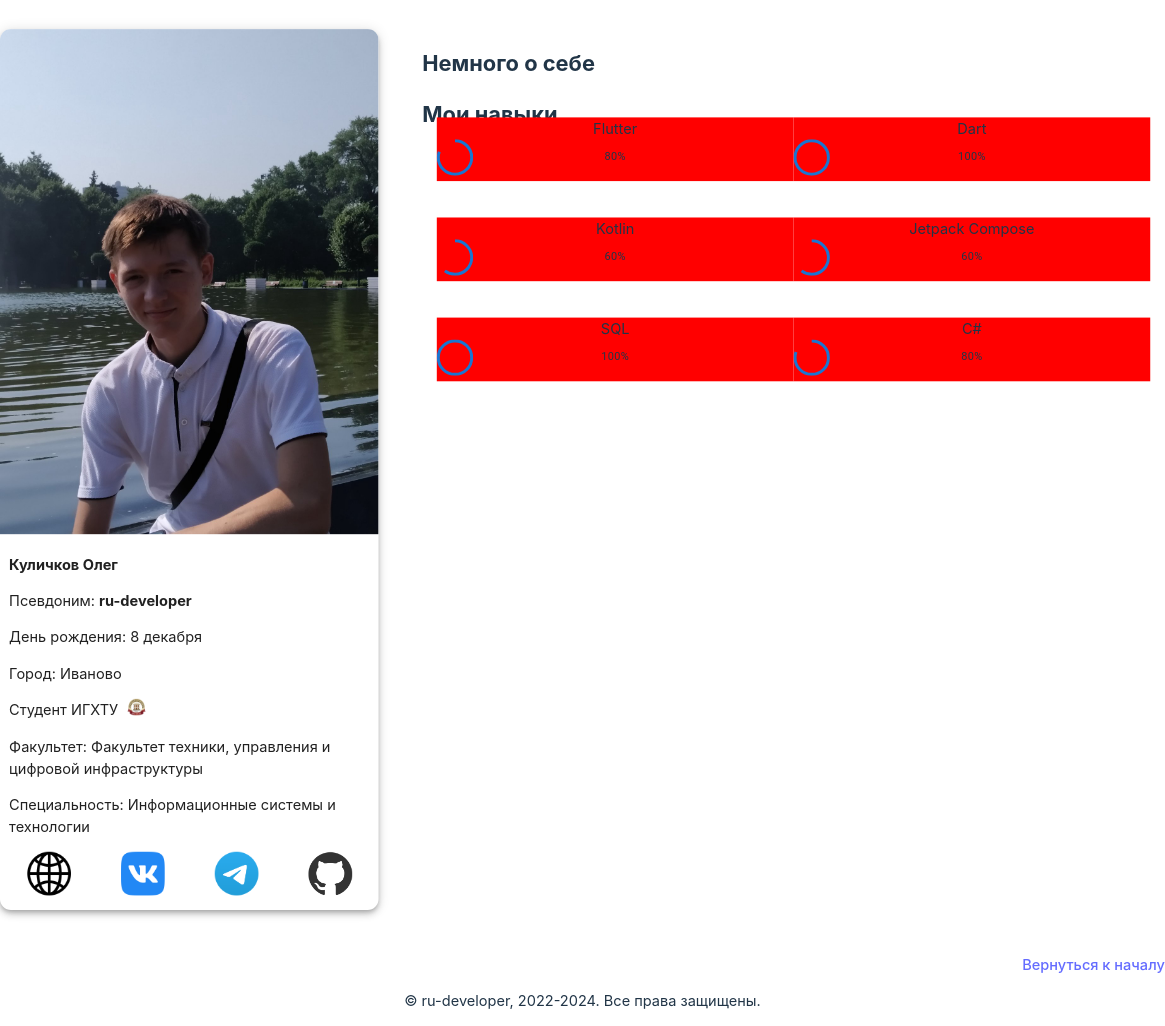
Repository: HubOl01/my_profile
Page: /
The author's editor kept a copy of each file at every save. The page is drawn from the files as they stood at one save, then again after a run of saves.
The browser window is 1280 px wide. The pictures show the whole page, at 91% of full size.
The project was rebuilt for these pictures with package versions that can differ from the ones it lists, and the page was loaded fresh each time. Also part of the build but not shown: vite.config.ts, src/components/header/Header.module.scss, src/data/websites.ts.

Above is the page before, as saved 2024-03-09 10:48:30.

### src/App.tsx
import { Grid } from '@mui/material'
import './App.css'
import Common from './components/center/Common'
import Footer from './components/footer/Footer'
import Header from './components/header/Header'
import LeftBar from './components/left/LeftBar'
import style from './App.module.scss'

function App() {

  return (
    <>
      <Header />
      <Grid container spacing={2}>
        <Grid className={style.profile} item xs={4}>
          <LeftBar />
        </Grid>
        <Grid item xs>
          <Common />
        </Grid>
      </Grid>
      <Footer />
    </>
  )
}

export default App

### src/App.css
#root {
  max-width: 1280px;
  margin: 0 auto;
  /* padding: 2rem; */
  /* text-align: center; */
}
.logo:hover {
  filter: drop-shadow(0 0 2em #646cffaa);
}
.logo.react:hover {
  filter: drop-shadow(0 0 2em #61dafbaa);
}

@keyframes logo-spin {
  from {
    transform: rotate(0deg);
  }
  to {
    transform: rotate(360deg);
  }
}

@media (prefers-reduced-motion: no-preference) {
  a:nth-of-type(2) .logo {
    animation: logo-spin infinite 20s linear;
  }
}

/* .card {
  padding: 2em;
} */

.read-the-docs {
  color: #888;
}


/* .profile{
  min-width: 100%;
} */

### src/components/center/Common.tsx
import React from 'react'
import styles from './styles.module.scss'
import { Box, Grid } from '@mui/material'
import { CircularProgressWithLabel } from '../atoms/circularProgressWithLabel'
import { my_skills } from '../../data/my_skills'

export default function Common() {
  return (
    <div className={styles.center_common}>
      <h2>Немного о себе</h2>
      <p>

      </p>
      <h2>
        Мои навыки
      </h2>
      <Grid container margin={2} rowGap={5}>
        {
          my_skills.map((skill) =>
            <Grid xs={6}>
              <Box sx={{
                width: "100%",
                background: "red",
                display: "inline-block",
                "textAlign": "center",
                transform: "translateY(-50%)",
              }}
              >
                {skill.name}
                <CircularProgressWithLabel value={skill.progress * 100} />


              </Box>
            </Grid>
          )
        }
        {/*
        <Grid xs={6} ><CircularProgressWithLabel value={my_skills[0].progress}/></Grid> */}
        {/* <Grid xs={6} ><CircularProgressWithLabel value={}/><</Grid>
        <Grid xs={6} ><CircularProgressWithLabel value={}/><</Grid>
        <Grid xs={6} ><CircularProgressWithLabel value={}/><</Grid>
        <Grid xs={6} ><CircularProgressWithLabel value={}/><</Grid>
        <Grid xs={6} ><CircularProgressWithLabel value={}/><</Grid> */}
      </Grid>
      {/* <h2>Хобби</h2>
      <p>
        Я люблю изучать что-то новое. Я программирую на языке программирования
        C# и продолжаю осваивать язык в некоторых направлениях. (Например:
        создание мобильных приложений Xamarin и создание игр Unity)
      </p>
      <h2>Спорт</h2>
      <p>
        Я более 10 лет занимаюсь конькобежным спортом. В 16 лет выполнил
        спортивный разряд кандидат в мастера спорта. Кроме этого, с начала 1
        курса я начал заниматься легкой атлетикой. Принимаю участие в
        соревнованиях в составе сборной ИГХТУ.
      </p> */}
    </div>
  )
}

### src/components/footer/Footer.tsx
import React from 'react'

export default function Footer() {
  return (
    // <footer className="text-muted" style={{
    //   "width":"100%"
    // }}>
      <div className="container">
        <p className="float-right" style={{
      "textAlign": "right"
    }}>
          <a href="#">Вернуться к началу</a>
        </p>
        <p className="footer-text"
        style={{
          "textAlign": "center"
        }}
        >© ru-developer, 2022-{(new Date()).getFullYear()}. Все права защищены.</p>
      </div>
    // </footer>
  )
}

### src/components/header/Header.tsx
import './Header.module.scss'

export default function Header() {
  return (
      <div>
        {/* <h1>About myself</h1> */}
      </div>
  )
}

### src/components/left/LeftBar.tsx
import { Card, Grid } from '@mui/material';
import about from '../../assets/images/About.jpg';
import isuct from '../../assets/images/isuct.png';
import { websites } from '../../data/websites';
import { nickname } from '../../data/my_projects';
import style from './style.module.scss';

const list_web = websites.map((web) =>
  <Grid item xs>
    <div className="web">
      <a
        href={web.href}
        title={web.title}
      >
        <img
          className={style.img_icon}
          alt={web.alt}
          src={web.src}
          width={40}
        />
      </a>
    </div>
  </Grid>
)


const LeftBar = () => {
  return (
    <>
      <Card elevation={5}
      className={style.leftCard}
        sx={{
          borderRadius: 3,
        }} >
        <a title="Куличков Олег" href="https://vk.com/oleg01f">
          <img
            alt="about"
            src={about}
            style={{
              // borderRadius: '15px',
              display: 'flex',
              width: "100%",
            }}
            data-holder-rendered="true"
          />
        </a>
        <div style={{ padding: "5px 10px 10px 10px" }}> {/* top, right, bottom, left */}
          <div>
            <p>
              <b>Куличков Олег</b>
            </p>
            <p>
              Псевдоним: <b>{nickname}</b>
            </p>
            <p>
              <span >День рождения:</span> 8 декабря
            </p>
            <p>
              <span className="text-format">Город:</span> Иваново
            </p>
            <p>
              Студент ИГХТУ
              <img
                className="isuct"
                alt="ISUCT"
                src={isuct}
                width={20}
                style={{ "marginLeft": "10px" }}
              // data-holder-rendered="true"
              />
            </p>
            <p>
              <span className="text-format">Факультет:</span> Факультет техники,
              управления и цифровой инфраструктуры
            </p>
            <p>
              <span className="text-format">Специальность:</span> Информационные
              системы и технологии
            </p>
            {/* <p style={{
              "textAlign": "center",
              "justifyContent": "center",
              display: 'flex',
              width: "100%",

          }}>
            <span className="text-format">Социальные сети</span>
          </p> */}

            <Grid container spacing={2}

              sx={{
                'textAlign': "center",
                // display: 'flex',
                // width: "100%",
              }
              }>
              {list_web}
            </Grid>

          </div>
        </div>


      </Card>
    </>
  )
}

export default LeftBar

### src/App.module.scss
@media (max-width: 425px) {
    .profile{
      min-width: 100%;
    }
  }
  @media screen and (min-width: 426px) {
    .profile{
      min-width: 300px;
    }
  }

### src/components/center/styles.module.scss
.center_common{
    padding: 2rem;
}

### src/components/atoms/circularProgressWithLabel.tsx
import * as React from 'react';
import CircularProgress, {
  CircularProgressProps,
} from '@mui/material/CircularProgress';
import Typography from '@mui/material/Typography';
import Box from '@mui/material/Box';

export function CircularProgressWithLabel(
  props: CircularProgressProps & { value: number },
) {
  return (
    <Box sx={{ position: 'relative', display: 'inline-flex', width: '100%' }}>
      <CircularProgress variant="determinate" {...props} />
      <Box
        sx={{
          top: 0,
          left: 0,
          bottom: 0,
          right: 0,
          position: 'absolute',
          display: 'flex',
          alignItems: 'center',
          justifyContent: 'center',
        }}
      >
        <Typography
          variant="caption"
          component="div"
          // color="text.secondary"
        >{`${Math.round(props.value)}%`}</Typography>
      </Box>
    </Box>
  );
}

export default function CircularWithValueLabel() {
  const [progress, setProgress] = React.useState(10);

  React.useEffect(() => {
    const timer = setInterval(() => {
      setProgress((prevProgress) => (prevProgress >= 100 ? 0 : prevProgress + 10));
    }, 800);
    return () => {
      clearInterval(timer);
    };
  }, []);

  return <CircularProgressWithLabel value={progress} />;
}

### src/data/my_skills.ts
import { FullStack } from "./my_projects";

interface ISkill{
    name: string;
    progress: number;
}

export const my_skills: ISkill[] = [
    {
        name: FullStack.Flutter,
        progress: .80
    },
    {
        name: FullStack.Dart,
        progress: 1
    },
    {
        name: FullStack.Kotlin,
        progress: .6
    },
    {
        name: FullStack.Jetpack_Compose,
        progress: .6
    },
    {
        name: FullStack.SQL,
        progress: 1
    },
    {
        name: FullStack.C_sharp,
        progress: .8
    }
]

### src/data/my_projects.ts
export interface IProjects {
  title: string;
  description: string[];
  url_icon: string;
  url_images: string[];
  url_stores: string[];
  url_sources: string[];
  creator: string;
  fullStack: string[];
  platforms: string[];
  color: string;
}
export const nickname = "ru-developer";
export enum Platforms {
  Android = "Android",
  IOS = "IOS",
  Windows = "Windows",
  Linux = "Linux",
  Web = "Web",
}
// enum Colors {
//   Red = "",
//   White = "",
//   Black = "",
//   Green = "",
// }
export enum FullStack {
  Flutter = "Flutter",
  Dart = "Dart",
  Kotlin = "Kotlin",
  Jetpack_Compose = "Jetpack Compose",
  Winforms = "Winforms",
  C_sharp = "C#",
  React = "React",
  Typescript = "Typescript",
  Retrofit = "Retrofit",
  PHP = "PHP",
  SQLite = "SQLite",
  SQL = "SQL",
  MySQL = "MySQL",
  PostgreSQL = "PostgreSQL",
  Git = "Git",
  HTML = "HTML",
  CSS = "CSS",
  SCSS = "SCSS",
  Vite = "Vite",
}

export const projects: IProjects[] = [
  {
    title: "My Songbook",
    description: [
      "My Songbook – это творческая мастерская в вашем кармане. Независимо от того, являетесь ли вы гитаристом, певцом, композитором или просто энтузиастом музыки, это приложение поможет вам воплотить ваши музыкальные идеи в жизнь.",
      "\n",
      "Основные возможности:",
      "\n",
      "- Записывайте и редактируйте песни: Создавайте музыку в любое время, в любом месте. Записывайте мелодии, добавляйте тексты и настраивайте аранжировки – все это в вашем распоряжении.",
      "- Справочник аккордов для гитары: Независимо от вашего уровня мастерства, наше приложение предлагает обширный справочник аккордов для гитары. Найдите нужный аккорд и создайте свой собственный уникальный звук.",
      "- Автоскролл и легкая навигация: Никогда больше не теряйтесь в тексте. Функция автоскролла позволяет вам сконцентрироваться на музыке, а не на прокрутке текста.",
      "- Делитесь своей музыкой: Поделитесь своими произведениями с миром через социальные сети непосредственно из приложения. Позвольте всем услышать вашу творческую энергию.",
      "- Аудиофайлы с песнями: Сохраняйте свои композиции в виде аудиофайлов. Прослушивайте их в любое время или отправляйте друзьям и коллегам.",
      "\n",
      "Почему выбрать My Songbook?",
      "\n",
      "- Простота и удобство: Даже если вы начинающий музыкант, вы сможете создавать профессиональные композиции с легкостью.",
      "- Безопасное хранение ваших произведений: Ваши записи остаются конфиденциальными. Спокойно работайте над своими идеями, зная, что они в безопасности.",
      "\n",
      "Неважно, вы начинающий музыкант или профессионал, My Songbook поможет вам создать и поделиться музыкой, которая касается сердец. Начните свое музыкальное путешествие сегодня!",
    ],
    url_icon: "",
    url_images: [],
    url_stores: [
      "https://apps.rustore.ru/app/ru.ru_developer.my_songbook",
      "https://appgallery.huawei.com/app/C109087129",
      "https://global.app.mi.com/details?lo=RU&la=en_US&id=ru.ru_developer.my_songbook.mi",
    ],
    url_sources: ["https://github.com/HubOl01/my_songbook"],
    creator: nickname,
    fullStack: [FullStack.Flutter, FullStack.Dart],
    platforms: [Platforms.Android],
    color: "",
  },
  {
    title: "Мой универ - ИГХТУ",
    description: [
      '"Мой универ - ИГХТУ" - это мобильное приложение, специально разработанное для студентов Ивановского государственного химико-технологического университета. Вы теперь сможете посмотреть расписание пар даже без интернета! Также можно получать уведомления об информации пар каждый день. В приложении также доступны заметки и вы можете записывать лекции, делать пометки, прикреплять ссылки и также делиться ими.',
      "\n",
      "Основные функции приложения:",
      "\n",
      "- Календарь с расписанием пар на текущий день",
      "- Расписание лекций, практик и семинаров",
      "- Новости ВУЗа",
      "- Вход в moodle ИГХТУ",
      "- Расписание преподавателей, сессий",
      "- Поисковик",
      "- Заметки, конспекты",
      "- Уведомления об информации пар на каждый день",
      "\n",
      "Также приложение адаптировано под планшеты      ",
    ],
    url_icon: "",
    url_images: [],
    url_stores: [
      "https://apps.rustore.ru/app/ru.ru_developer.my_university_isuct",
    ],
    url_sources: ["https://github.com/HubOl01/my_university_isuct"],
    creator: nickname,
    fullStack: [FullStack.Flutter, FullStack.Dart, FullStack.PHP],
    platforms: [Platforms.Android],
    color: "",
  },
  {
    title: "MyAppHome",
    description: ["Приложение для многоквартирных домов"],
    url_icon: "",
    url_images: [],
    url_stores: [],
    url_sources: [],
    creator: "Создано вместе с командой OVERLAGO",
    fullStack: [FullStack.Flutter, FullStack.Dart],
    platforms: [Platforms.Android],
    color: "",
  },
  {
    title: "City Adventures",
    description: [],
    url_icon: "",
    url_images: [],
    url_stores: [],
    url_sources: [],
    creator: "Создано с командой на хакатоне",
    fullStack: [FullStack.Flutter, FullStack.Dart],
    platforms: [Platforms.Android],
    color: "",
  },
  {
    title: "Bellisemo",
    description: ["Student project for study architectural technologies"],
    url_icon: "",
    url_images: [],
    url_stores: [],
    url_sources: [],
    creator: "Student project",
    fullStack: [FullStack.React, FullStack.Typescript],
    platforms: [Platforms.Web],
    color: "",
  },
  {
    title: "Weather",
    description: ["Student project for study kotlin jetpack compose"],
    url_icon: "",
    url_images: [],
    url_stores: [],
    url_sources: [],
    creator: nickname,
    fullStack: [
      FullStack.Jetpack_Compose,
      FullStack.Kotlin,
      FullStack.Retrofit,
    ],
    platforms: [Platforms.Android],
    color: "",
  },
  {
    title: "My portfolio",
    description: ["Вебсайт для показа своих проектов, которые мы видим здесь"],
    url_icon: "",
    url_images: [],
    url_stores: [],
    url_sources: [],
    creator: nickname,
    fullStack: [FullStack.React, FullStack.Typescript],
    platforms: [Platforms.Web],
    color: "",
  },
];

### src/components/left/style.module.scss
@media (max-width: 699px) {
    .img_icon {
        width: 2em;
        // height: 50%;
    }
}
@media screen and (min-width: 700px) {
    .img_icon {
        width: 3em;
        // height: 50%;
    }
}
// @media screen and (max-width: 768px) {
//     .img_icon {
//         width: 50px;
//         height: 50px;
//     }
// }
div {
    display: "flex";
}
.leftCard {
    margin: 2em 0;
}
/* // .custom-card{

// } */

Loaded but not shown: index.html (common file); src/main.tsx (common file); src/index.css (common file)

After the next 2 saves:
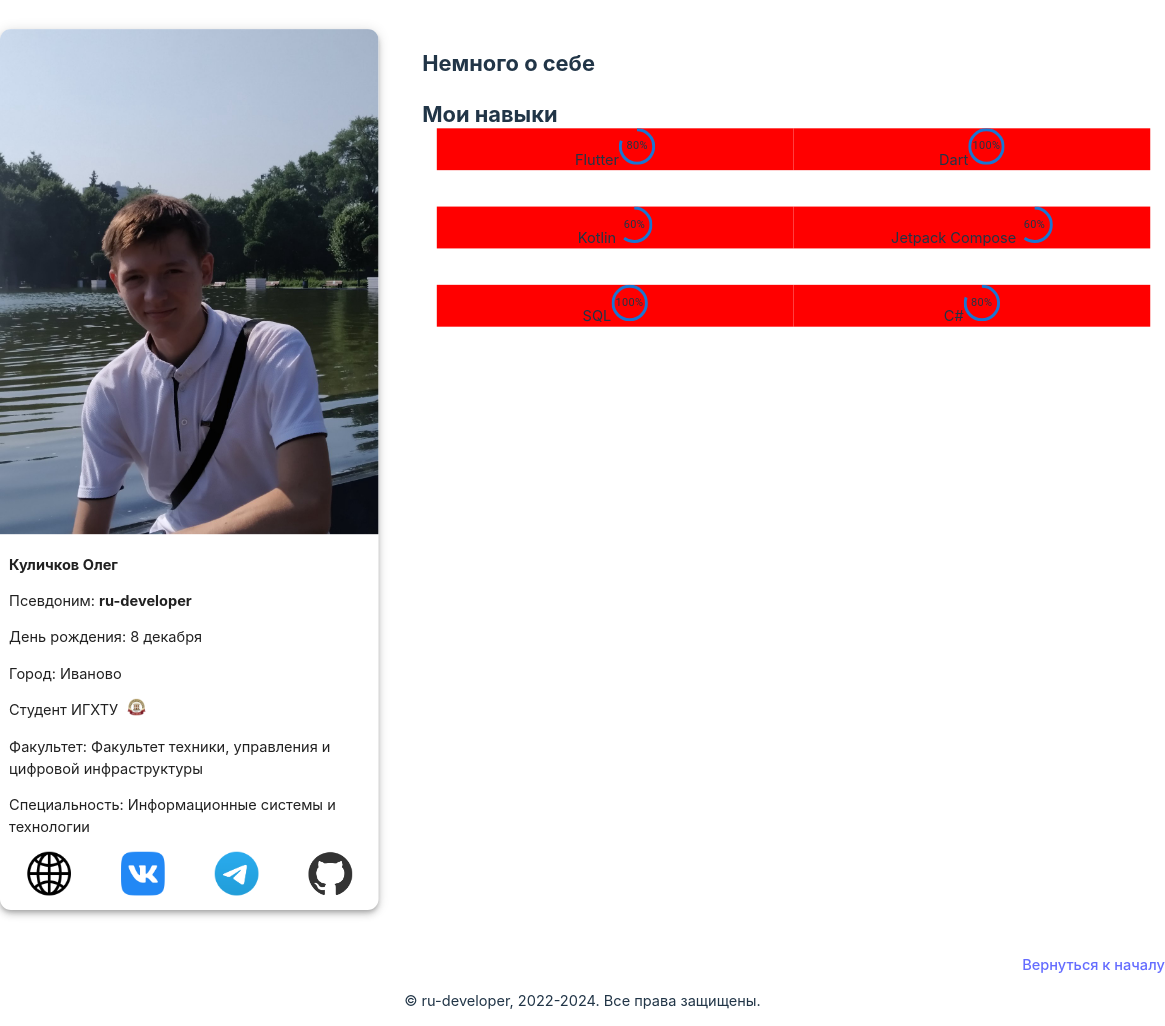
The 2 saves are shown as one change because they came seconds apart.
The last was saved 17 s later.
--- a/src/components/atoms/circularProgressWithLabel.tsx
+++ b/src/components/atoms/circularProgressWithLabel.tsx
@@ -9,7 +9,7 @@ export function CircularProgressWithLabel(
   props: CircularProgressProps & { value: number },
 ) {
   return (
-    <Box sx={{ position: 'relative', display: 'inline-flex', width: '100%' }}>
+    <Box sx={{ position: 'relative', display: 'inline-flex', width: 'auto' }}>
       <CircularProgress variant="determinate" {...props} />
       <Box
         sx={{
